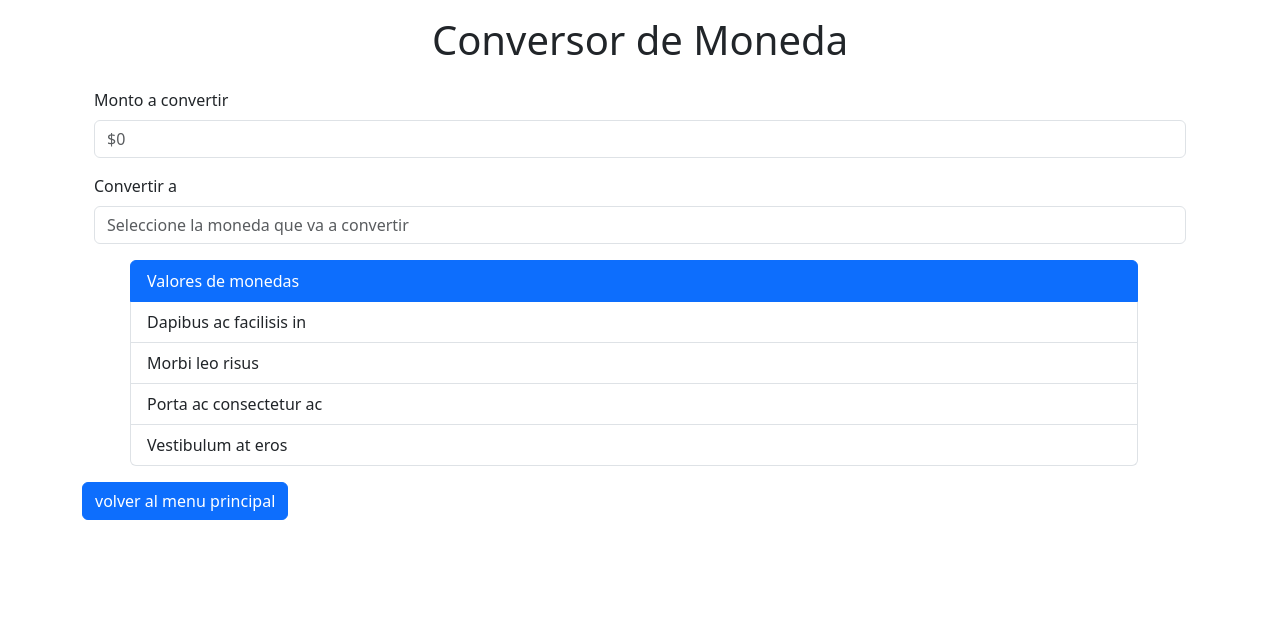
Repository: MaxiSoriano70/ALURA_Challenge_Oracle_ONE_Conversor
Page: http://localhost/conversores/WEB-INF/view/conversorDeMonedas.jsp
An editor plug-in stored every save of this project. The page is shown before and after the next save, followed by the edit.
The browser window is 1280 px wide. The pictures show the whole page.
The page is served by Tomcat 10. Nobody is signed in. Other server files are loaded and not shown. The template is opened directly, without the code that normally fills it, so the values that code supplies are empty.

Above is the page before, as saved 2023-05-13 06:51:30.

### Conversor/conversores/src/main/webapp/WEB-INF/view/conversorDeMonedas.jsp
<%@ page language="java" contentType="text/html; charset=ISO-8859-1"
	pageEncoding="ISO-8859-1"%>
<!DOCTYPE html>
<html>
<head>
<meta charset="ISO-8859-1">
<title>Conversor</title>
<link
	href="https://cdn.jsdelivr.net/npm/bootstrap@5.3.0-alpha3/dist/css/bootstrap.min.css"
	rel="stylesheet"
	integrity="sha384-KK94CHFLLe+nY2dmCWGMq91rCGa5gtU4mk92HdvYe+M/SXH301p5ILy+dN9+nJOZ"
	crossorigin="anonymous">
</head>
<body class="container">
	<div class="title text-center py-3">
		<h1>Conversor de Moneda</h1>
	</div>
	<div class="container-md">
		<div class="mb-3">
			<label for="formMonto" class="form-label">Monto a convertir </label> <input type="number" class="form-control"
				id="formMonto" placeholder="$0">
		</div>
		<div class="mb-3">
			<label for="formMoneda" class="form-label">Convertir a</label> <input class="form-control" list="datalistOptions"
				id="formMoneda" placeholder="Seleccione la moneda que va a convertir">
			<datalist id="datalistOptions">
				<option value="San Francisco">
				<option value="New York">
				<option value="Seattle">
				<option value="Los Angeles">
				<option value="Chicago">
			</datalist>
		</div>
	</div>

	<div class="row mx-5">
		<ul class="list-group">
			<li class="list-group-item active">Valores de monedas</li>
			<li class="list-group-item">Dapibus ac facilisis in</li>
			<li class="list-group-item">Morbi leo risus</li>
			<li class="list-group-item">Porta ac consectetur ac</li>
			<li class="list-group-item">Vestibulum at eros</li>
		</ul>
	</div>
	<a href="entrada?accion=Index" class="btn btn-primary my-3">volver al menu principal</a>
	<script
		src="https://cdn.jsdelivr.net/npm/bootstrap@5.3.0-alpha3/dist/js/bootstrap.bundle.min.js"
		integrity="sha384-ENjdO4Dr2bkBIFxQpeoTz1HIcje39Wm4jDKdf19U8gI4ddQ3GYNS7NTKfAdVQSZe"
		crossorigin="anonymous"></script>
</body>
</html>

After the next save:
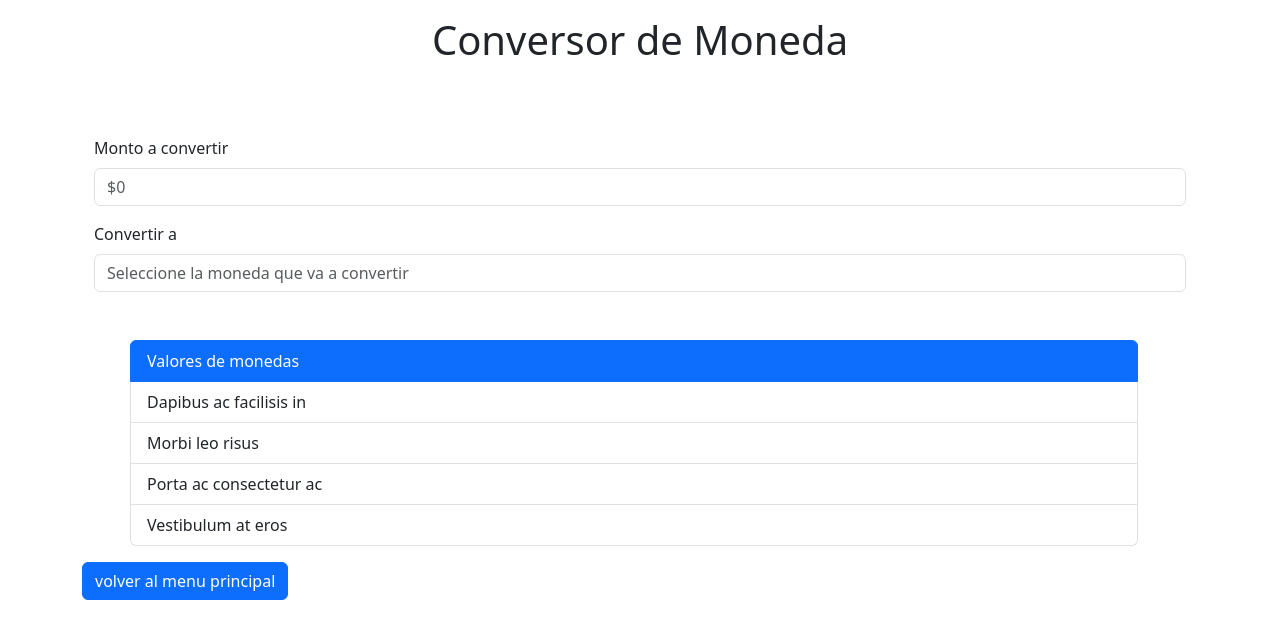
Saved 32 s later.
--- a/Conversor/conversores/src/main/webapp/WEB-INF/view/conversorDeMonedas.jsp
+++ b/Conversor/conversores/src/main/webapp/WEB-INF/view/conversorDeMonedas.jsp
@@ -15,7 +15,7 @@
 	<div class="title text-center py-3">
 		<h1>Conversor de Moneda</h1>
 	</div>
-	<div class="container-md">
+	<div class="container-md my-5">
 		<div class="mb-3">
 			<label for="formMonto" class="form-label">Monto a convertir </label> <input type="number" class="form-control"
 				id="formMonto" placeholder="$0">
